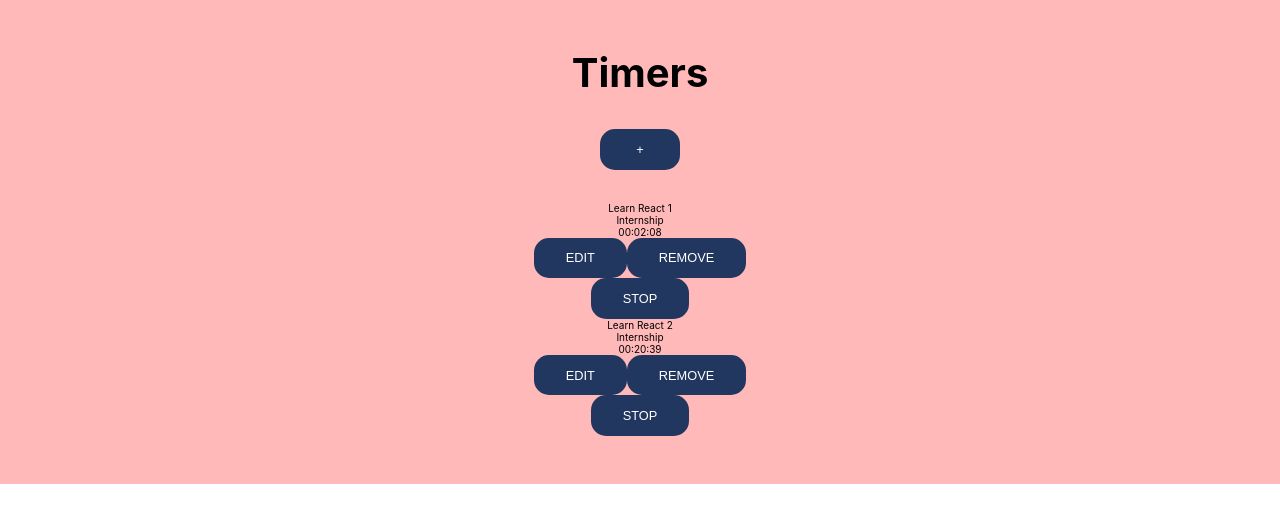
Repository: dqhuy153/react-timer
Page: /
The author's editor kept a copy of each file at every save. The page is drawn from the files as they stood at one save, then again after the next save.
The browser window is 1280 px wide. The pictures show the whole page.
The project was rebuilt for these pictures with package versions that can differ from the ones it lists, and the page was loaded fresh each time. Also part of the build but not shown: src/components/TimerForm/index.jsx.

Above is the page before, as saved 2021-10-26 15:47:20.

### src/index.css
* {
  padding: 0;
  margin: 0;
  box-sizing: border-box;
}

body {
  margin: 0;
  font-family: -apple-system, BlinkMacSystemFont, 'Segoe UI', 'Roboto', 'Oxygen',
    'Ubuntu', 'Cantarell', 'Fira Sans', 'Droid Sans', 'Helvetica Neue',
    sans-serif;
  -webkit-font-smoothing: antialiased;
  -moz-osx-font-smoothing: grayscale;

  font-size: 62.5%;
}

code {
  font-family: source-code-pro, Menlo, Monaco, Consolas, 'Courier New',
    monospace;
}

### src/App.js
import { useEffect, useRef, useState } from 'react';
import './App.scss';

import EditableTimerForm from './components/EditableTimerForm';
import ToggleableTimerForm from './components/ToggeableTimerForm';

function App() {
  const timerRef = useRef();
  const [timers, setTimers] = useState([
    {
      id: 1,
      title: 'Learn React 1',
      project: 'Internship',
      time: 123454,
      isRunning: true,
    },
    {
      id: 2,
      title: 'Learn React 2',
      project: 'Internship',
      time: 1234545,
      isRunning: true,
    },
  ]);

  const handleUpdateTimer = (data) => {
    const newTimers = timers.map((timer, idx) => {
      if (timer.id === data.id) {
        return {
          ...timer,
          title: data.title,
          project: data.project,
        };
      }

      return timer;
    });

    setTimers(newTimers);
  };

  useEffect(() => {
    clearTimeout(timerRef.current);

    timerRef.current = setTimeout(() => {
      const newTimers = timers.map((timer, idx) => {
        if (timer.isRunning)
          return {
            ...timer,
            time: timer.time + 1000,
          };

        return timer;
      });

      setTimers(newTimers);
    }, 1000);
  }, [timers]);

  return (
    <div className="App">
      <h1>Timers</h1>

      <ToggleableTimerForm />

      {timers.map((timer) => {
        return (
          <EditableTimerForm
            key={timer.id}
            id={timer.id}
            title={timer.title}
            project={timer.project}
            timer={timer.time}
            isRunning={timer.isRunning}
          />
        );
      })}
    </div>
  );
}

export default App;

### src/App.scss
.App {
  text-align: center;
  padding: 3rem 0;
  background: rgb(255, 185, 185);

  h1 {
    font-size: 2.5rem;
  }
}

### src/components/EditableTimerForm/index.jsx
import React from 'react';
import Timer from '../Timer';
import TimerForm from '../TimerForm';

const EditableTimerForm = ({ id, title, project, timer, isRunning }) => {
  const isEdit = false;

  if (isEdit)
    return (
      <TimerForm
        id={id}
        title={title}
        project={project}
        timer={timer}
        // onCancel={handleCancelFomr}
      />
    );

  return (
    <Timer
      id={id}
      title={title}
      project={project}
      timer={timer}
      isRunning={isRunning}
    />
  );
};

export default EditableTimerForm;

### src/components/ToggeableTimerForm/index.jsx
import { useState } from 'react';
import Button from '../Button';
import TimerForm from '../TimerForm';

import styles from './ToggleableTimerForm.module.scss';

const ToggleableTimerForm = ({ onCreate, ...props }) => {
  const [isOpen, setIsOpen] = useState(false);

  const handleOpenForm = () => {
    setIsOpen(true);
  };

  const handleCloseForm = () => {
    setIsOpen(false);
  };

  const content = isOpen ? (
    <TimerForm onCancel={handleCloseForm} />
  ) : (
    <Button onClick={handleOpenForm}>+</Button>
  );

  return <div className={styles.container}>{content}</div>;
};

export default ToggleableTimerForm;

### src/components/Timer/index.jsx
import React from 'react';
import { millisecondsToHuman } from '../../utils/TimerUtils';
import Button from '../Button';

const Timer = ({ title, project, timer, isRunning }) => {
  const buttonLabel = isRunning ? 'STOP' : 'START';

  return (
    <div>
      <p>{title}</p>
      <p>{project}</p>
      <p>{millisecondsToHuman(timer)}</p>

      <div>
        <Button>EDIT</Button>
        <Button>REMOVE</Button>
      </div>

      <Button>{buttonLabel}</Button>
    </div>
  );
};

export default Timer;

### src/components/Button/index.jsx
import React from 'react';

import styles from './Button.module.scss';

const Button = ({ children, onClick, className, ...rest }) => {
  return (
    <button
      className={`${styles.container} ${className}`}
      onClick={onClick}
      children={children}
      {...rest}
    ></button>
  );
};

export default Button;

### src/components/ToggeableTimerForm/ToggleableTimerForm.module.scss
.container {
  margin: 2rem;
}

### src/utils/TimerUtils.js
import { v4 as uuidv4 } from 'uuid';

export const millisecondsToHuman = (ms) => {
  const seconds = Math.floor((ms / 1000) % 60);
  const minutes = Math.floor((ms / 1000 / 60) % 60);
  const hours = Math.floor(ms / 1000 / 60 / 60);

  const humanized = [
    pad(hours.toString(), 2),
    pad(minutes.toString(), 2),
    pad(seconds.toString(), 2),
  ].join(':');

  return humanized;
};

const pad = (numberString, size) => {
  let padded = numberString;
  while (padded.length < size) {
    padded = `0${padded}`;
  }
  return padded;
};

export const newTimer = (attrs = {}) => {
  const timer = {
    title: attrs.title || 'Timer',
    project: attrs.project || 'Project',
    id: uuidv4(),
    elapsed: 0,
    isRunning: false,
  };

  return timer;
};

### src/components/Button/Button.module.scss
.container {
  padding: 0.8rem 2rem;
  min-width: 5rem;
  background: rgb(34, 55, 95);
  border: none;
  color: #fff;
  border-radius: 15px;
  font-size: 0.8rem;
  cursor: pointer;
  transition: all 0.2s linear;

  &:hover {
    box-shadow: rgba(100, 100, 111, 0.3) 0px 7px 29px 0px;
    background: #fff;
    color: rgb(34, 55, 95);
    font-weight: bold;
  }

  &:active {
    transform: translateY(2px);
  }
}

Loaded but not shown: public/index.html (common file); src/index.js (common file); src/reportWebVitals.js (common file)

After the next save:
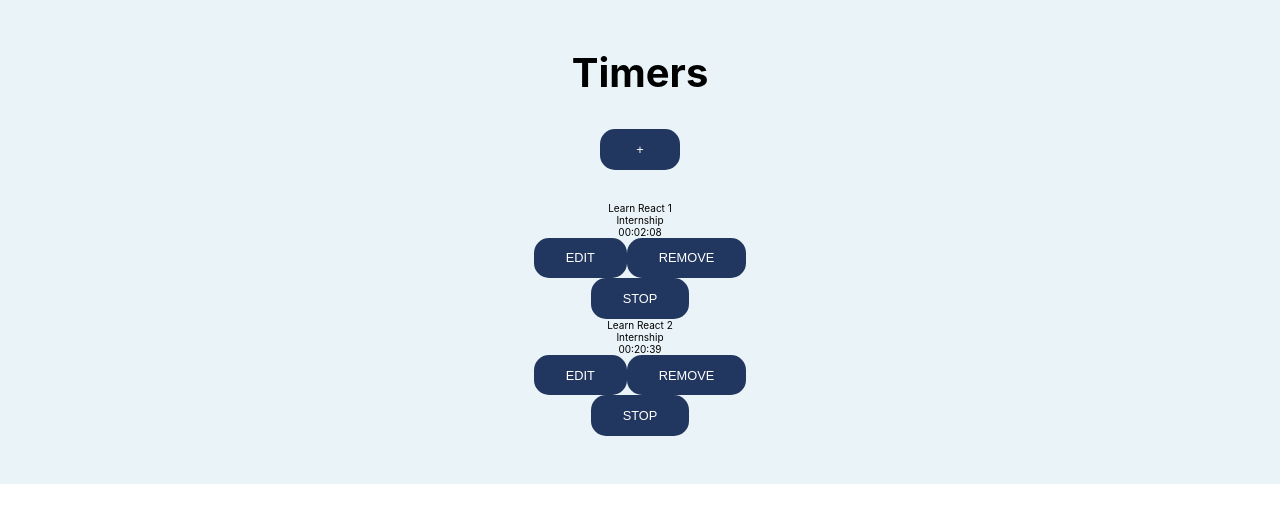
Saved 5 s later.
--- a/src/App.scss
+++ b/src/App.scss
@@ -1,7 +1,7 @@
 .App {
   text-align: center;
   padding: 3rem 0;
-  background: rgb(255, 185, 185);
+  background: rgb(234, 244, 248);
 
   h1 {
     font-size: 2.5rem;
